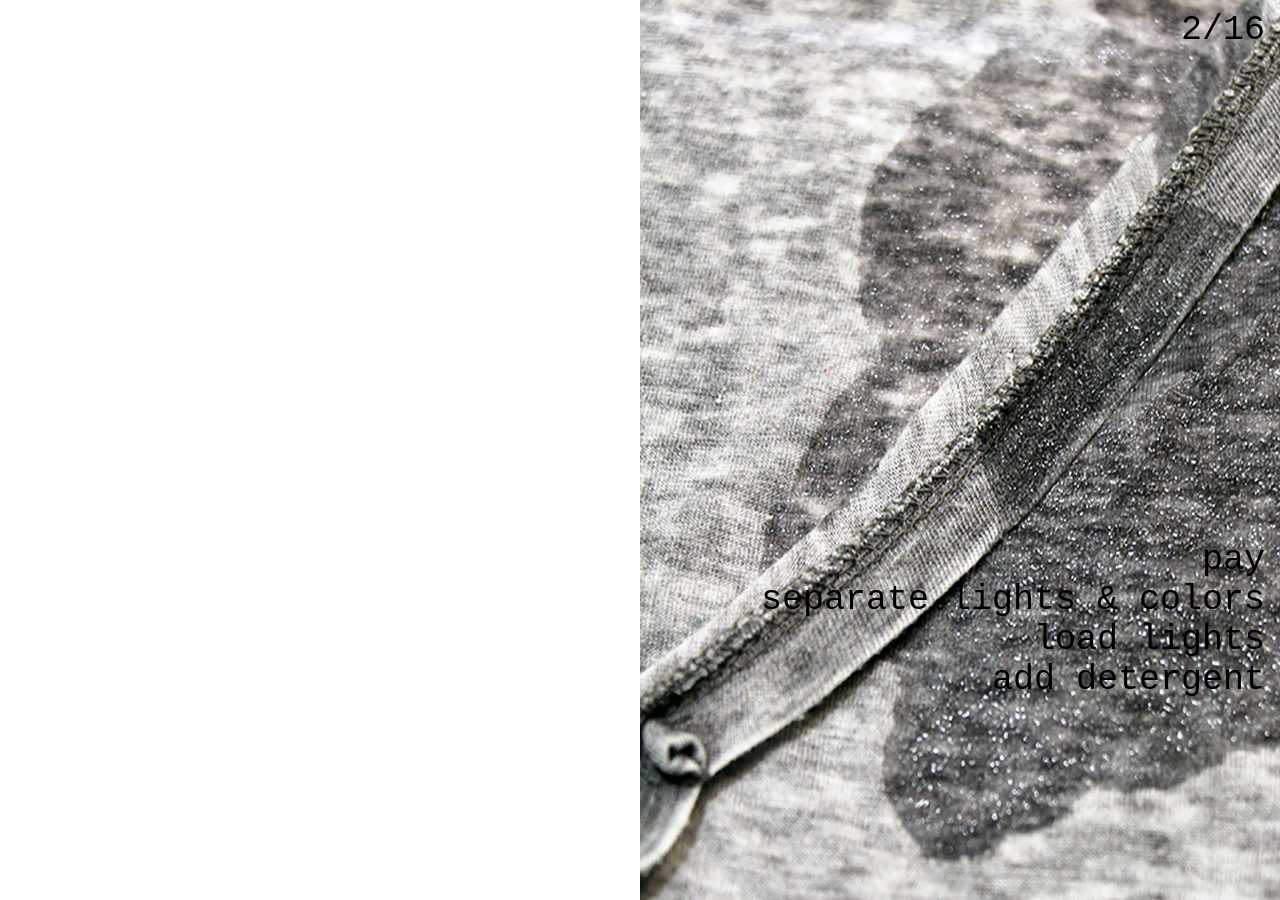
Repository: ortik455/ortik455.github.io
Page: studio/laundrysite/four.html
The author's editor kept a record of every edit. The page is drawn from the files as they stood at one moment, then again after the next edit.
The browser window is 1280 px wide. The pictures show the whole page.

Above is the page before.

### studio/laundrysite/four.html
<!DOCTYPE html>
<html>
	<head>
	    <link href='http://fonts.googleapis.com/css?family=Inconsolata' rel='stylesheet' type='text/css'>
		<link rel="icon" href="../../studio/favicon.png" sizes="16x16 32x32" type="image/png">
		<link href="laundry.css" rel="stylesheet" type="text/css">
		<title>2/16</title>
	</head>

	<body>
<!--class to call out all the text and use id="" to call out
individual things but dont use ids... -->
	  <div class="text">
		<div class="number">
	  		2/16
	  	</div>
		<div class="steps">
		  	pay<br>
		  	separate lights &amp; colors
		  	<br>
		  	load lights
		  	<br>
		  	add detergent</mark>
		</div>
	  </div>

	  <div class="photos">
	  	<a href="four.html"><img src="photos/loadlights.png"  alt=""></a>
	  </div>
	</body>
</html>

### studio/laundrysite/laundry.css
*, *:before, *:after {
    -webkit-box-sizing: border-box;
       -moz-box-sizing: border-box;
            box-sizing: border-box;

}
.timerbox {
    background: #000000;
    float: left;
    width: 50%;
    height: 900px;
}
.timer {
    position: absolute;
    background: #000000;
    color: #ffffff;
    top: 50%;
    left: 275px;
    font-size: 60px;
}
.timer2 {
    position: absolute;
    background: #000000;
    color: #ffffff;
    top: 50%;
    left: 275px;
    font-size: 60px;
}

body{
	background: #FFFFFF;
	font-size: 0px;
	margin: 0;
	font-family: Courier New, sans-serif;
	height: 100%;
}
.start{
    background-color: #000000;
    font-size: 50px;
    letter-spacing: 6px;
    position: absolute;
    bottom: 50%;
    margin-left: 20px;
}
.mark {
    background-color: #000000;
    color: #FFFFFF;
}
.text {
	font-size: 35px;
    width: 50%;
    height: 715px;
    float: left;
}
.photos {
    width: 50%;
    height: 100%;
    float: left;
    overflow: hidden;
}
.number {
   font-size: 35px;
   position: fixed;
   top: 0px;
   right: 0px;
   padding: 10px 15px 20px 5px;
}
.steps {
   font-size: 35px;
   text-align: right;
   position: fixed;
   bottom: 0px;
   right: 0px;
   padding: 10px 15px 20px 5px;

}
a:link {
    text-decoration:none;
    color: #000000;
    }
a:visited {
    color: #000000;
}
.photos:hover img {
    transform: scale(1.1);
}
.photos img {
    transition: transform 2s ease;
}

After the next edit:
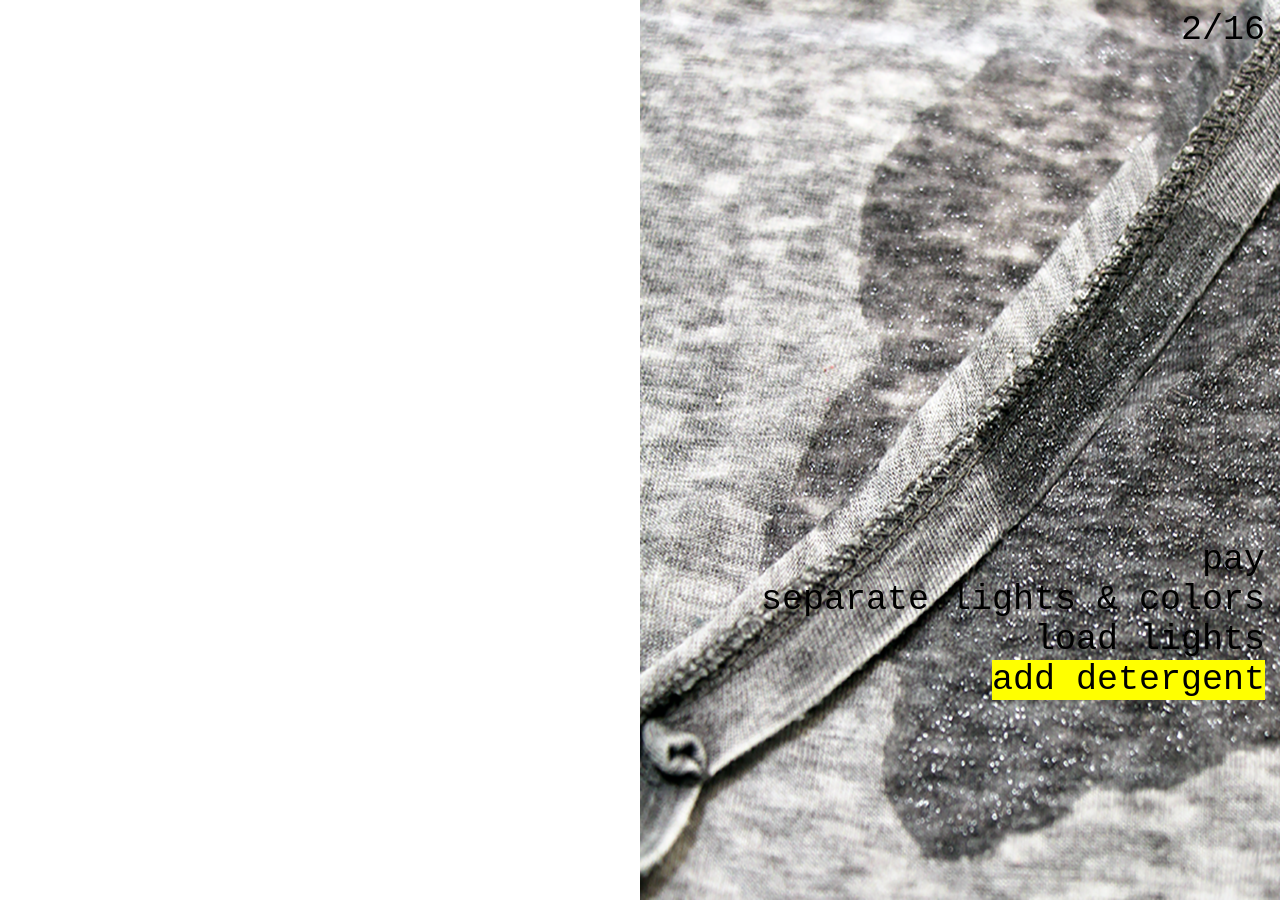
The edit:
--- a/studio/laundrysite/four.html
+++ b/studio/laundrysite/four.html
@@ -20,7 +20,7 @@
 		  	<br>
 		  	load lights
 		  	<br>
-		  	add detergent</mark>
+		  	<mark>add detergent</mark>
 		</div>
 	  </div>
 
